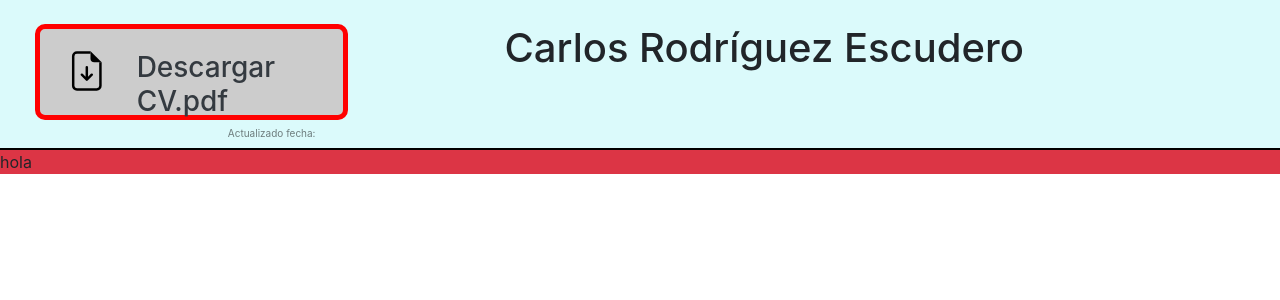
Repository: CarlosRoEs/CarlosWebCV
Page: index.html
These files come from the project's save history. The page is drawn as it stood at one moment and after a run of saves; the edit follows.
The browser window is 1280 px wide. The pictures show the whole page.
The style sheet was rebuilt from its Sass, Less or Tailwind sources for each picture, by a compiler version that may differ from the author's.

Above is the page before, as saved 2020-09-15 16:24:23.

After the next 3 saves:
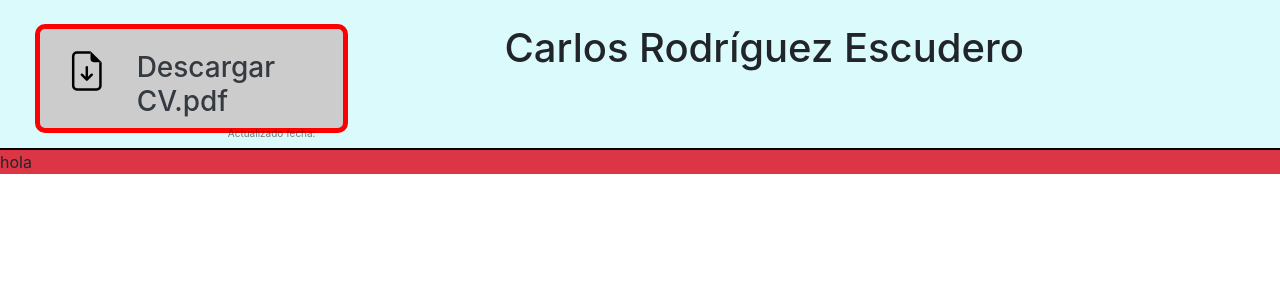
The 3 saves are shown as one change because they came seconds apart.
The last was saved 36 s later.
--- a/Sass/header.scss
+++ b/Sass/header.scss
@@ -4,7 +4,7 @@
 }
 
 
-#header {
+#row-header {
     height: 150px;
     text-align: center;
     border-bottom: 2px solid black;
